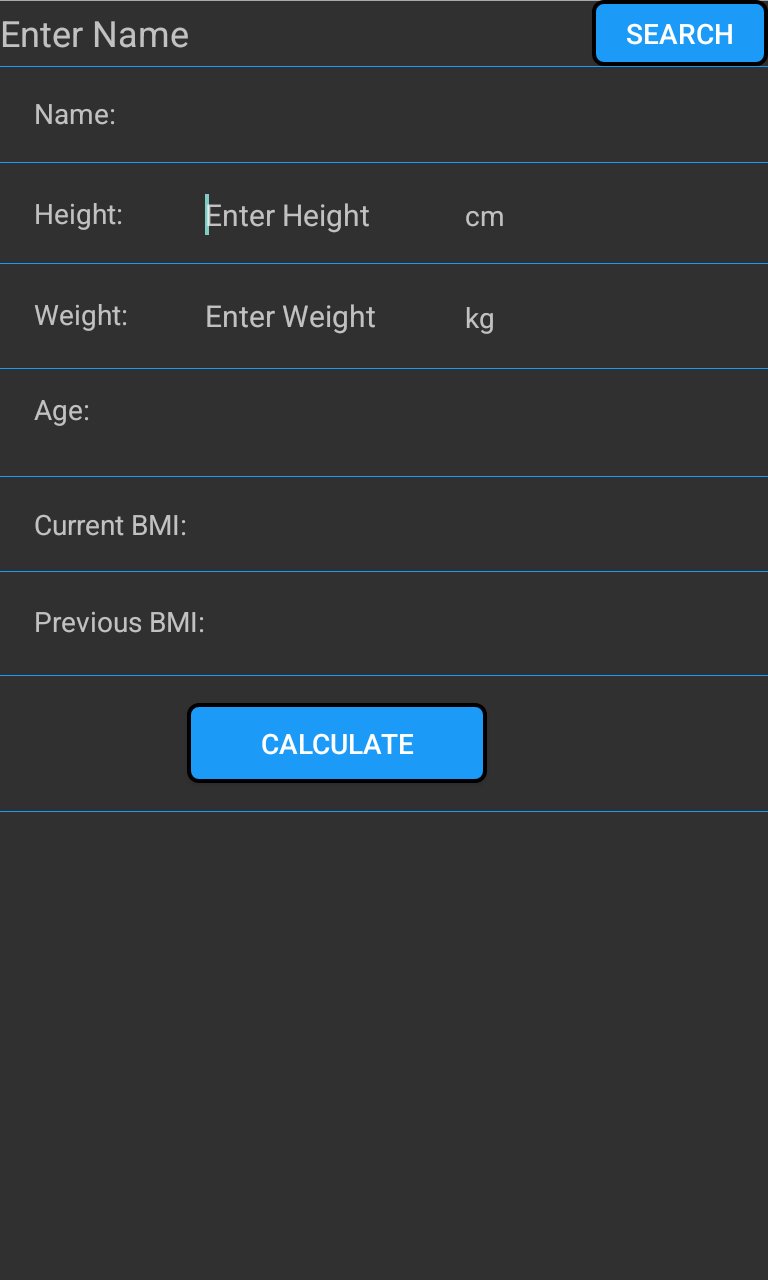
Repository: Team-7/prototype.6
Layout: workspace/Hope World Wide/res/layout/bmi.xml
The author's editor kept a copy of each file at every save. The layout is drawn from the files as they stood at one save, then again after the next save.
It is drawn on a 768 x 1280 px phone screen (xhdpi) without system bars, with theme AppTheme; the app's code is not run.

Above is the layout before, as saved 2014-05-31 11:50:30.

After the next save:
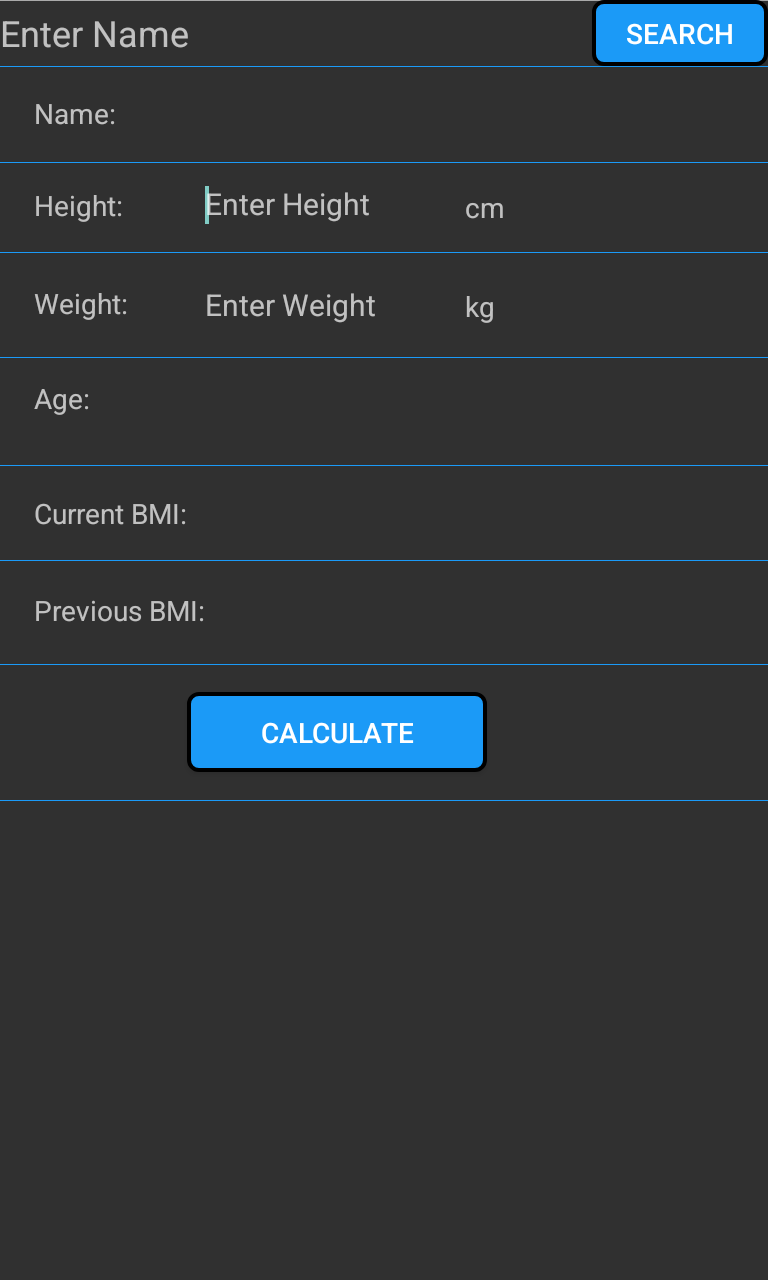
Saved 8 min 34 s later.
--- a/workspace/Hope World Wide/res/layout/bmi.xml
+++ b/workspace/Hope World Wide/res/layout/bmi.xml
@@ -49,15 +49,6 @@
         android:background="#1B9AF7"
         android:paddingBottom="3dp" />
 
-    <TextView
-        android:id="@+id/textView1"
-        android:layout_width="wrap_content"
-        android:layout_height="wrap_content"
-        android:layout_alignLeft="@+id/Name"
-        android:layout_below="@+id/Name"
-        android:layout_marginTop="31dp"
-        android:text="@string/height" />
-
     <View
         android:id="@+id/View02"
         android:layout_width="fill_parent"
@@ -275,10 +266,30 @@
         android:layout_alignTop="@+id/bmi"
         android:textSize="15sp" />
 
+    <TextView
+        android:id="@+id/textView11"
+        android:layout_width="wrap_content"
+        android:layout_height="wrap_content"
+        android:layout_below="@+id/weight"
+        android:layout_toLeftOf="@+id/button2"
+        android:layout_toRightOf="@+id/bmi"
+        android:textAppearance="?android:attr/textAppearanceSmall" />
+
+    <TextView
+        android:id="@+id/textView12"
+        android:layout_width="wrap_content"
+        android:layout_height="wrap_content"
+        android:layout_alignBottom="@+id/textView3"
+        android:layout_alignLeft="@+id/heightvalue"
+        android:layout_below="@+id/heightvalue"
+        android:layout_toLeftOf="@+id/button2"
+        android:textAppearance="?android:attr/textAppearanceSmall" />
+
     <EditText
         android:id="@+id/heightvalue"
         android:layout_width="150dp"
         android:layout_height="wrap_content"
+        android:layout_alignBottom="@+id/textView1"
         android:layout_alignLeft="@+id/editText2"
         android:layout_alignTop="@+id/textView1"
         android:background="@null"
@@ -292,22 +303,12 @@
     </EditText>
 
     <TextView
-        android:id="@+id/textView11"
-        android:layout_width="wrap_content"
-        android:layout_height="wrap_content"
-        android:layout_below="@+id/weight"
-        android:layout_toLeftOf="@+id/button2"
-        android:layout_toRightOf="@+id/bmi"
-        android:textAppearance="?android:attr/textAppearanceSmall" />
-
-    <TextView
-        android:id="@+id/textView12"
-        android:layout_width="wrap_content"
-        android:layout_height="wrap_content"
-        android:layout_alignBottom="@+id/View02"
-        android:layout_alignLeft="@+id/heightvalue"
-        android:layout_below="@+id/textView1"
-        android:layout_toLeftOf="@+id/button2"
-        android:textAppearance="?android:attr/textAppearanceSmall" />
+        android:id="@+id/textView1"
+        android:layout_width="wrap_content"
+        android:layout_height="wrap_content"
+        android:layout_alignLeft="@+id/Name"
+        android:layout_below="@+id/Name"
+        android:layout_marginTop="27dp"
+        android:text="@string/height" />
 
 </RelativeLayout>

After the 2 saves that followed:
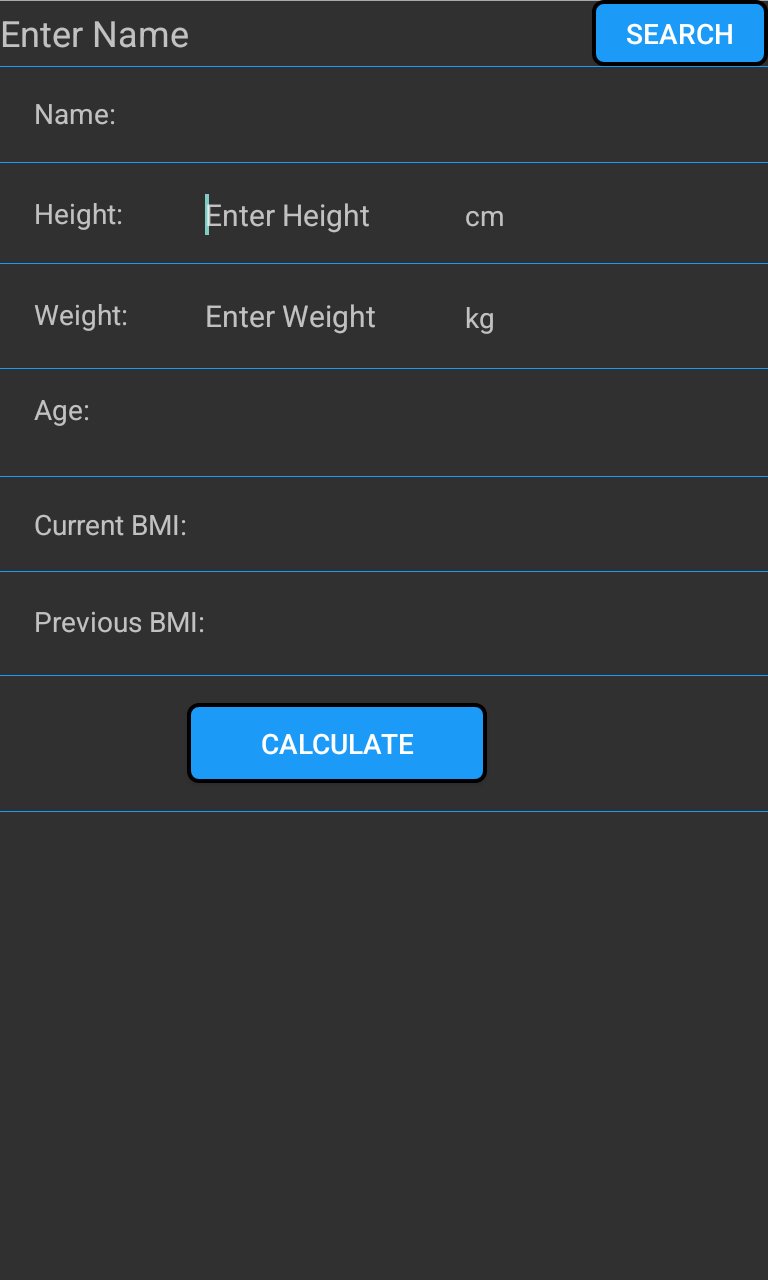
The 2 saves are shown as one change because 1 left the picture as it was.
The last was saved 4 min 55 s later.
--- a/workspace/Hope World Wide/res/layout/bmi.xml
+++ b/workspace/Hope World Wide/res/layout/bmi.xml
@@ -49,6 +49,15 @@
         android:background="#1B9AF7"
         android:paddingBottom="3dp" />
 
+    <TextView
+        android:id="@+id/textView1"
+        android:layout_width="wrap_content"
+        android:layout_height="wrap_content"
+        android:layout_alignLeft="@+id/Name"
+        android:layout_below="@+id/Name"
+        android:layout_marginTop="31dp"
+        android:text="@string/height" />
+
     <View
         android:id="@+id/View02"
         android:layout_width="fill_parent"
@@ -266,30 +275,10 @@
         android:layout_alignTop="@+id/bmi"
         android:textSize="15sp" />
 
-    <TextView
-        android:id="@+id/textView11"
-        android:layout_width="wrap_content"
-        android:layout_height="wrap_content"
-        android:layout_below="@+id/weight"
-        android:layout_toLeftOf="@+id/button2"
-        android:layout_toRightOf="@+id/bmi"
-        android:textAppearance="?android:attr/textAppearanceSmall" />
-
-    <TextView
-        android:id="@+id/textView12"
-        android:layout_width="wrap_content"
-        android:layout_height="wrap_content"
-        android:layout_alignBottom="@+id/textView3"
-        android:layout_alignLeft="@+id/heightvalue"
-        android:layout_below="@+id/heightvalue"
-        android:layout_toLeftOf="@+id/button2"
-        android:textAppearance="?android:attr/textAppearanceSmall" />
-
     <EditText
         android:id="@+id/heightvalue"
         android:layout_width="150dp"
         android:layout_height="wrap_content"
-        android:layout_alignBottom="@+id/textView1"
         android:layout_alignLeft="@+id/editText2"
         android:layout_alignTop="@+id/textView1"
         android:background="@null"
@@ -303,12 +292,22 @@
     </EditText>
 
     <TextView
-        android:id="@+id/textView1"
-        android:layout_width="wrap_content"
-        android:layout_height="wrap_content"
-        android:layout_alignLeft="@+id/Name"
-        android:layout_below="@+id/Name"
-        android:layout_marginTop="27dp"
-        android:text="@string/height" />
+        android:id="@+id/textView11"
+        android:layout_width="wrap_content"
+        android:layout_height="wrap_content"
+        android:layout_below="@+id/weight"
+        android:layout_toLeftOf="@+id/button2"
+        android:layout_toRightOf="@+id/bmi"
+        android:textAppearance="?android:attr/textAppearanceSmall" />
+
+    <TextView
+        android:id="@+id/textView12"
+        android:layout_width="wrap_content"
+        android:layout_height="wrap_content"
+        android:layout_alignBottom="@+id/View02"
+        android:layout_alignLeft="@+id/heightvalue"
+        android:layout_below="@+id/textView1"
+        android:layout_toLeftOf="@+id/button2"
+        android:textAppearance="?android:attr/textAppearanceSmall" />
 
 </RelativeLayout>
